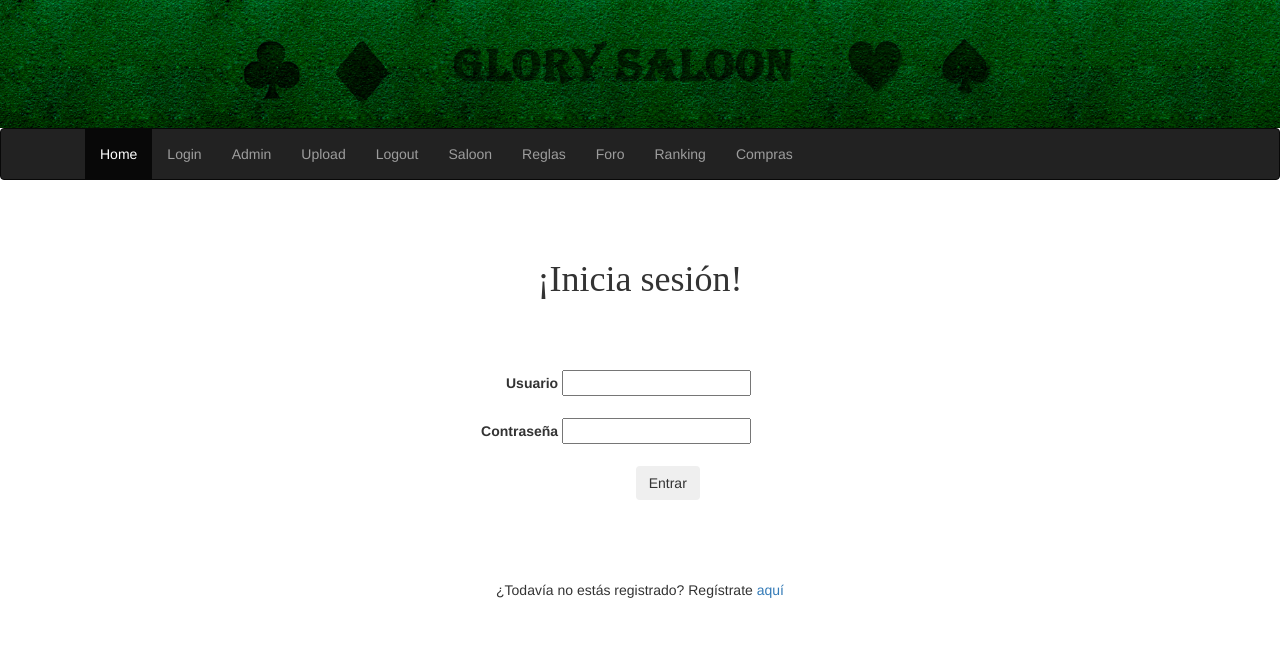
Repository: abvg9/GlorySaloon
Page: http://localhost/iw-base/WEB-INF/jsp/login.jsp
An editor plug-in stored every save of this project. The page is shown before and after the next save, followed by the edit.
The browser window is 1280 px wide. The pictures show the whole page.
Some web fonts or font styles are not loaded; a fallback is used. The page is served by Tomcat 9. Nobody is signed in. Other server files are loaded and not shown. The template is opened directly, without the code that normally fills it, so the values that code supplies are empty.

Above is the page before, as saved 2018-04-11 16:51:41.

### iw-base/src/main/webapp/WEB-INF/jsp/login.jsp
<%@ page pageEncoding="UTF-8"%>
<%@ taglib prefix="s" uri="http://www.springframework.org/tags"%>
<%@ taglib prefix="c" uri="http://java.sun.com/jsp/jstl/core"%>
<%@ taglib prefix="sec"
	uri="http://www.springframework.org/security/tags"%>

<%@ include file="../jspf/header.jspf"%>

<div class="starter-template">
	<h1>¡Inicia sesión!</h1>
	<br><br><br>
    <form action="/login" method="post">
        <fieldset>
           <!-- <legend>Please Login</legend> -->
           <div class = "rightAl">
            <label for="username">Usuario</label>
            <input type="text" id="username" name="username"/><br><br>
            <label for="password">Contraseña</label>
            <input type="password" id="password" name="password"/>
            </div>
            <input type="hidden" name="${_csrf.parameterName}" value="${_csrf.token}"/>
            <br>
            <div class="form-actions">
                <button type="submit" class="btn rightAlBtn">Entrar</button>
            </div>
        </fieldset>
    </form>

	<%@ include file="../jspf/authinfo.jspf"%>
</div>

<%@ include file="../jspf/footer.jspf"%>

### iw-base/src/main/webapp/WEB-INF/jspf/header.jspf
<%@ page pageEncoding="UTF-8"%>
<%@ taglib prefix="s" uri="http://www.springframework.org/tags"%>
<%@ taglib prefix="c" uri="http://java.sun.com/jsp/jstl/core"%>
<!DOCTYPE html>
<html lang="en">
  <head>
    <meta charset="utf-8">
    <meta http-equiv="X-UA-Compatible" content="IE=edge">
    <meta name="viewport" content="width=device-width, initial-scale=1">
    <!-- The above 3 meta tags *must* come first in the head; any other head content must come *after* these tags -->
    <title>Aplicacion Web IW</title>

    <!-- Bootstrap -->
    <link href="${s}/css/bootstrap.min.css" rel="stylesheet">
    <link href="${s}/css/starter-template.css" rel="stylesheet">
    <link href="${s}/css/myOwnTheme.css" rel="stylesheet">
  </head>
  <body>
	<img class="img-responsive" src="${s}/img/headerExtenso.jpg">

	<nav class="navbar navbar-inverse navbar-relative-top">


      <div class="container">
        <div class="navbar-header">
          <button type="button" class="navbar-toggle collapsed" data-toggle="collapse" data-target="#navbar" aria-expanded="false" aria-controls="navbar">
            <span class="sr-only">Toggle navigation</span>
            <span class="icon-bar"></span>
            <span class="icon-bar"></span>
            <span class="icon-bar"></span>
          </button>
        </div>
        <div id="navbar" class="collapse navbar-collapse">
          <ul class="nav navbar-nav">
            <li class="active"><a href="/">Home</a></li>
            <li><a href="/login">Login</a></li>
            <li><a href="/admin">Admin</a></li>
            <li><a href="/upload">Upload</a></li>
            <li><a href="/logout">Logout</a></li>
		    <li><a href="/saloon">Saloon</a></li>
		    <li><a href="/reglas">Reglas</a></li>
		    <li><a href="/foro">Foro</a></li>
		    <li><a href="/ranking">Ranking</a></li>
		    <li><a href="/compras">Compras</a></li>
          </ul>
        </div><!--/.nav-collapse -->
      </div>
    </nav>

    <div class="container">

### iw-base/src/main/webapp/WEB-INF/jspf/authinfo.jspf
<%@ page pageEncoding="UTF-8"%>
<%@ taglib prefix="sec"
	uri="http://www.springframework.org/security/tags"%>

<br><br><br><br>
<sec:authorize access="isAnonymous()">
<div>
	¿Todavía no estás registrado? Regístrate <a>aquí</a>
</div>
</sec:authorize>
<sec:authorize access="isAuthenticated()">
<div >
	<p>Tu usuario es : <sec:authentication property="principal.username" />
	<p>Roles detectados:
	<sec:authorize access="hasRole('USER')">
		hasRole('USER')
	</sec:authorize>
	<sec:authorize access="hasRole('ADMIN')">
		hasRole('ADMIN')
	</sec:authorize>
</div>
</sec:authorize>

### iw-base/src/main/webapp/WEB-INF/jspf/footer.jspf
<%@ page pageEncoding="UTF-8"%>
</div><!-- /.container -->

    <!-- jQuery (necessary for Bootstrap's JavaScript plugins) -->
    <script src="${s}/js/jquery.min.js"></script>
    <!-- Include all compiled plugins (below), or include individual files as needed -->
    <script src="${s}/js/bootstrap.min.js"></script>
  </body>
</html>

### iw-base/src/main/resources/static/css/starter-template.css
body {
  padding-top: 0px;
}
.starter-template {
  padding: 40px 15px;
  text-align: center;
}
table td, table th {
  padding: 2px;
  spacing: 0;
  border: 1px solid gray;
}

### iw-base/src/main/resources/static/css/myOwnTheme.css
@font-face {

	font-family: ‘Algerian’;

		src: url('../fonts/ALGER.eot');

	   	src: url('fonts/ ALGER.eot?#iefix') format('embedded-opentype'),

	        url('fonts/ ALGER.woff') format('woff'),

	        url('fonts/ ALGER.ttf') format('truetype'),


	  font-weight: normal;

	  font-style: normal;

}

p {

	Font-family: ‘Algerian’;

}
h1 {

	Font-family: ‘Algerian’;

}

.rightAl{
	text-align: right;
	margin-right: 40%;

}
.rightAlBtn{
	text-align: right;
	margin-right: -5%;

}

Loaded but not shown: iw-base/src/main/resources/static/css/bootstrap.min.css (library); iw-base/src/main/resources/static/js/jquery.min.js (library); iw-base/src/main/resources/static/js/bootstrap.min.js (library)

After the next save:
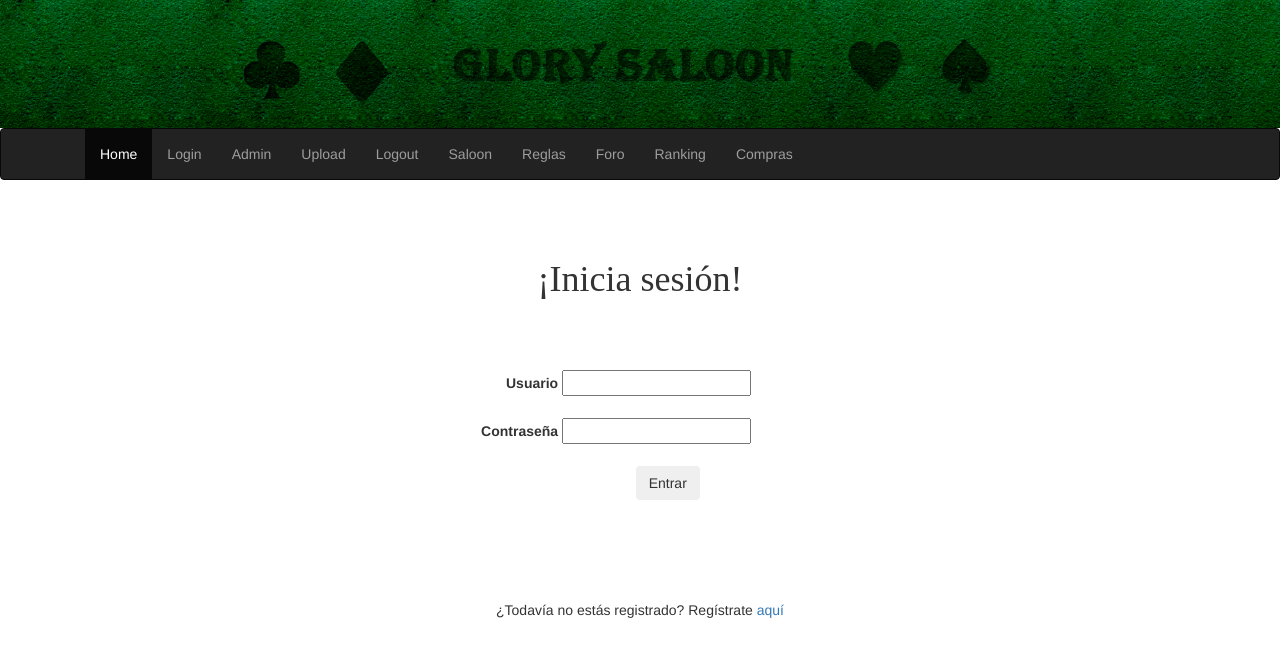
Saved 28 min 58 s later.
--- a/iw-base/src/main/webapp/WEB-INF/jspf/authinfo.jspf
+++ b/iw-base/src/main/webapp/WEB-INF/jspf/authinfo.jspf
@@ -2,7 +2,7 @@
 <%@ taglib prefix="sec"
 	uri="http://www.springframework.org/security/tags"%>
 
-<br><br><br><br>
+<br><br><br><br><br>
 <sec:authorize access="isAnonymous()">
 <div>
 	¿Todavía no estás registrado? Regístrate <a>aquí</a>
